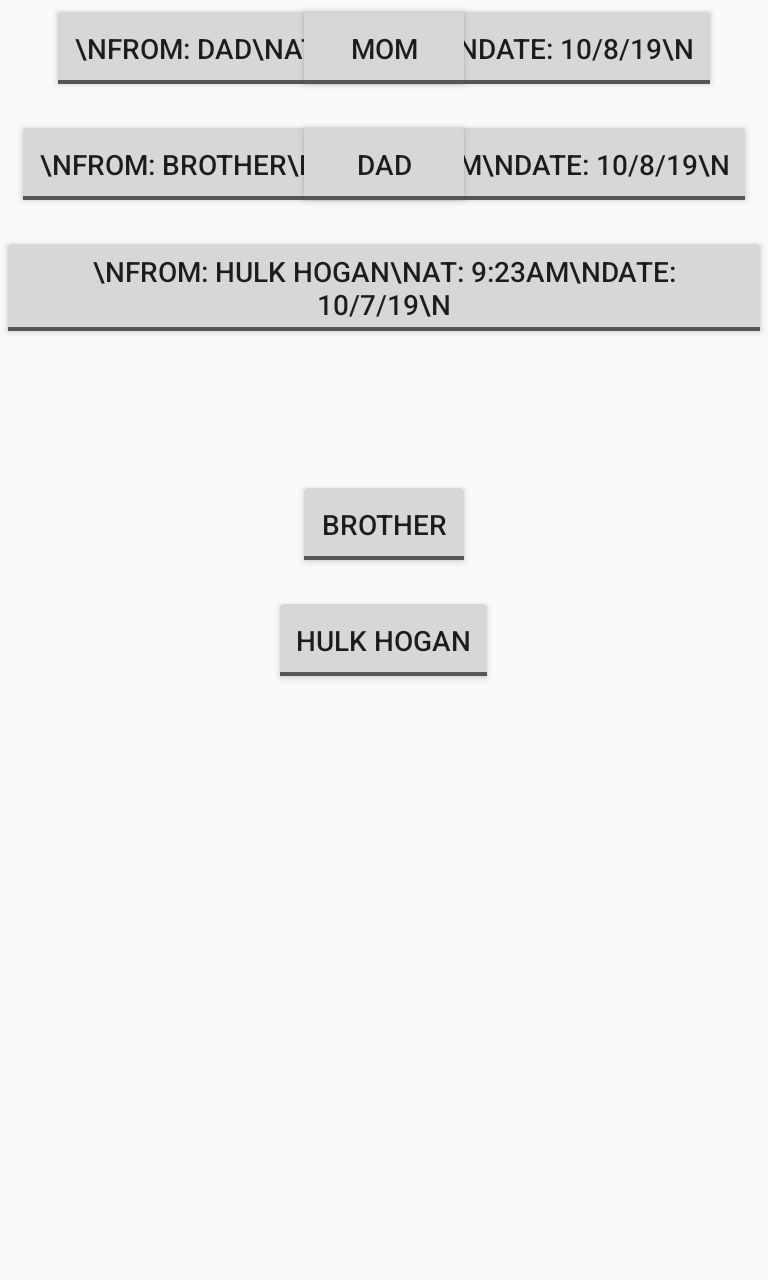
Repository: bhazenstab16/PhoneAppBMH
Layout: PhoneAppTwo/res/layout/activity_main.xml
These files come from the project's save history. The layout is drawn as it stood at one moment and after the next save; the edit follows.
It is drawn on a 768 x 1280 px phone screen (xhdpi) without system bars, with theme AppTheme; the app's code is not run.

Above is the layout before, as saved 2019-10-10 19:54:04.

After the next save:
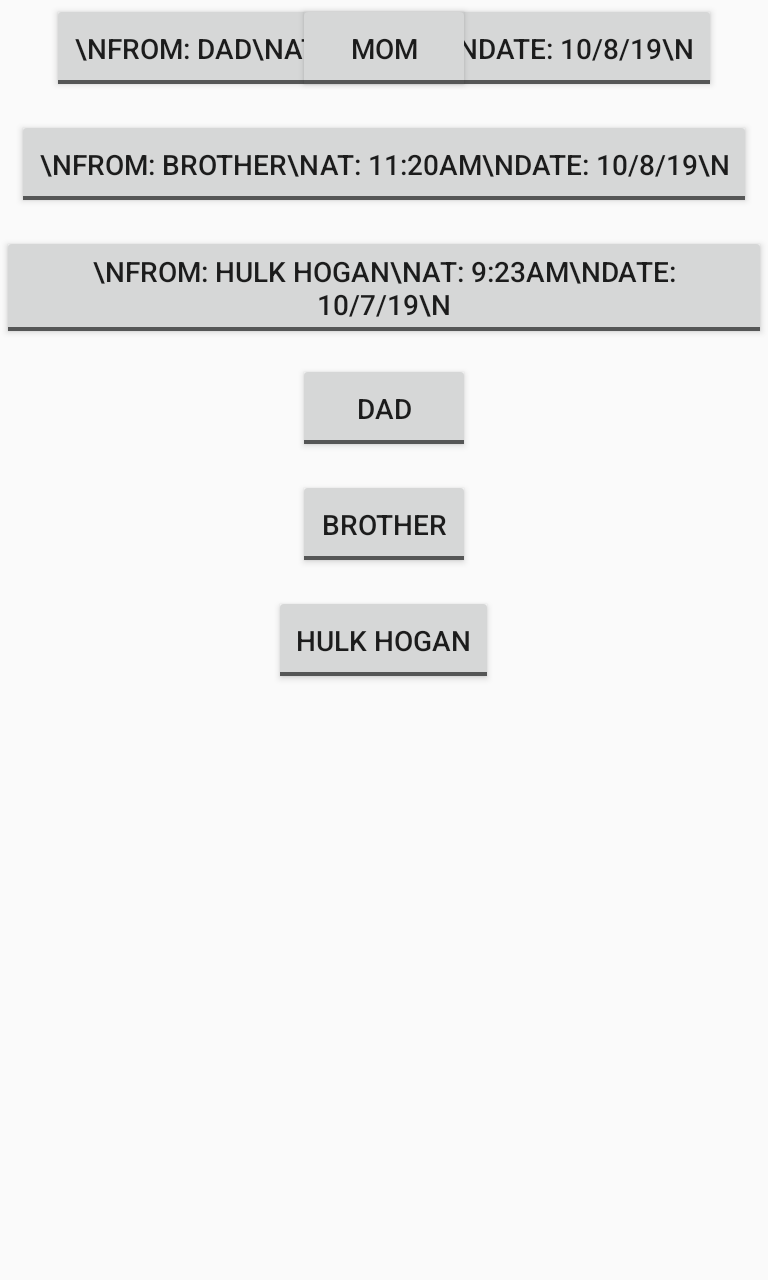
Saved 26 s later.
--- a/PhoneAppTwo/res/layout/activity_main.xml
+++ b/PhoneAppTwo/res/layout/activity_main.xml
@@ -159,7 +159,7 @@
                         android:layout_width="wrap_content"
                         android:layout_height="wrap_content"
                         android:layout_centerHorizontal="true"
-                        android:layout_below="@+id/toggleButtonMom"
+                        android:layout_above="@+id/toggleButtonBrother"
                         android:layout_marginTop="10dp"
                         android:onClick="onToggleDadClick"
                         android:text="Dad"

After the 5 saves that followed:
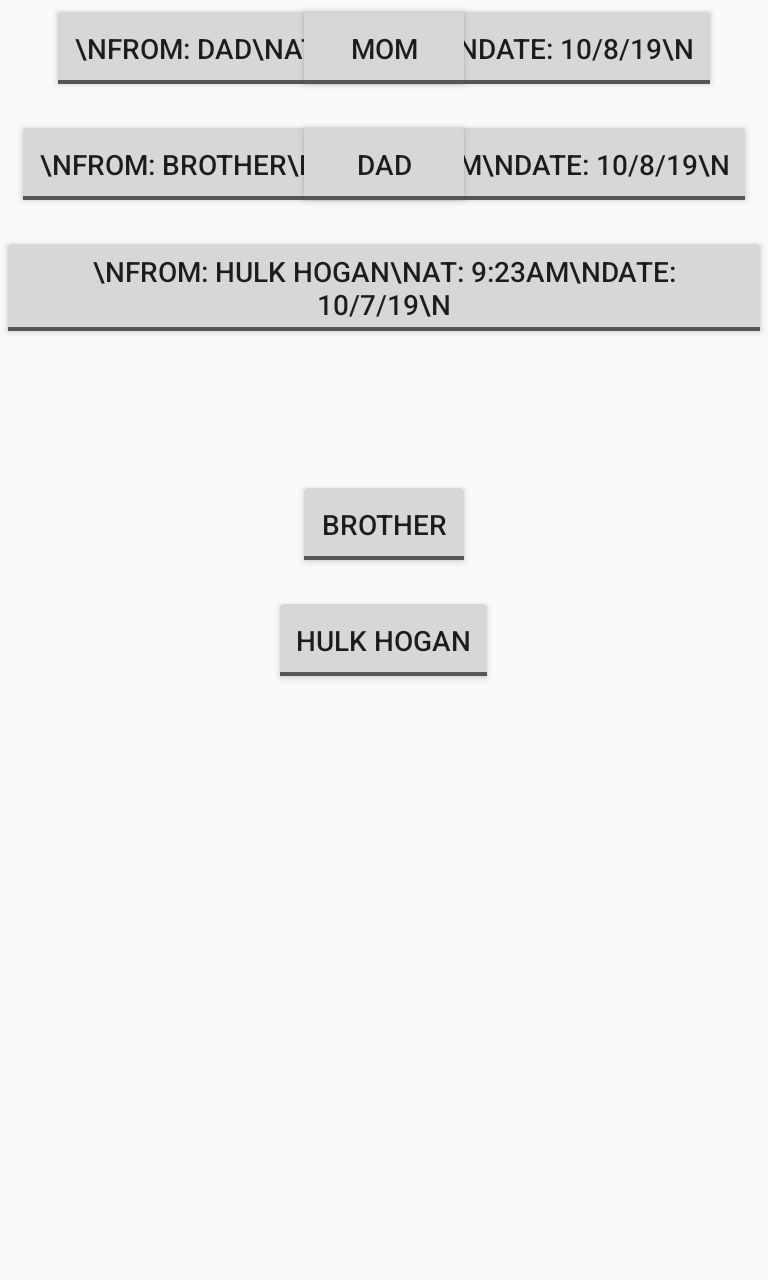
The 5 saves are shown as one change because 2 did not build or start and 2 left the picture as it was.
The last was saved 10 min 43 s later.
--- a/PhoneAppTwo/res/layout/activity_main.xml
+++ b/PhoneAppTwo/res/layout/activity_main.xml
@@ -149,17 +149,19 @@
                         android:id="@+id/textViewContactInfoMom"
                         android:layout_width="wrap_content"
                         android:layout_height="wrap_content"
-                        android:layout_marginTop="10dp"
+                        android:layout_centerHorizontal="true"
+                        android:layout_below="@+id/toggleButtonMom"
+                        android:layout_marginTop="5dp"
+                        android:visibility="gone"
                         android:gravity="center"
-                        android:text="Mom\n\nNumber: 1-800-999-2626"
-                        android:visibility="invisible" />
+                        android:text="Mom\n\nNumber: 1-800-999-2626"/>
 
                     <ToggleButton
                         android:id="@+id/toggleButtonDad"
                         android:layout_width="wrap_content"
                         android:layout_height="wrap_content"
                         android:layout_centerHorizontal="true"
-                        android:layout_above="@+id/toggleButtonBrother"
+                        android:layout_below="@+id/textViewContactInfoMom"
                         android:layout_marginTop="10dp"
                         android:onClick="onToggleDadClick"
                         android:text="Dad"
